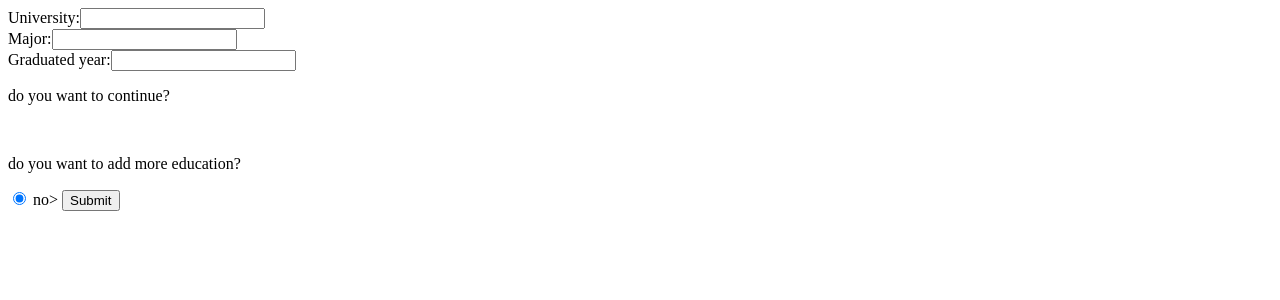
Repository: henokkeleta/SpringIt2
Page: http://localhost/WeekFour/Education_1.jsp
An editor plug-in stored every save of this project. The page is shown before and after the next save, followed by the edit.
The browser window is 1280 px wide. The pictures show the whole page.
The page is served by Tomcat 9. Other server files are loaded and not shown.

Above is the page before, as saved 2017-06-16 16:02:29.

### WeekFour/WebContent/Education_1.jsp
<%@ page language="java" contentType="text/html; charset=UTF-8"
    pageEncoding="UTF-8"%>
<!DOCTYPE html PUBLIC "-//W3C//DTD HTML 4.01 Transitional//EN" "http://www.w3.org/TR/html4/loose.dtd">
<html>
<head>
<meta http-equiv="Content-Type" content="text/html; charset=UTF-8">
<title>Insert title here</title>
</head>
<body>
<form action = "EducationServlet" method = "post">
University:<input type = "text" name = "University" ><br>
Major:<input type = "text" name = "Major" ><br>
Graduated year:<input type = "text" name = "GraduateYear" ><br>
<p>do you want to continue?</p><br>
 <!--radio-->
 <p> do you want to add more education?</p>

  <input type="radio" name="more" value="yes" value="no"checked> no>


<input type = "Submit" value = "Submit">
</form>

</body>
</html>

After the next save:
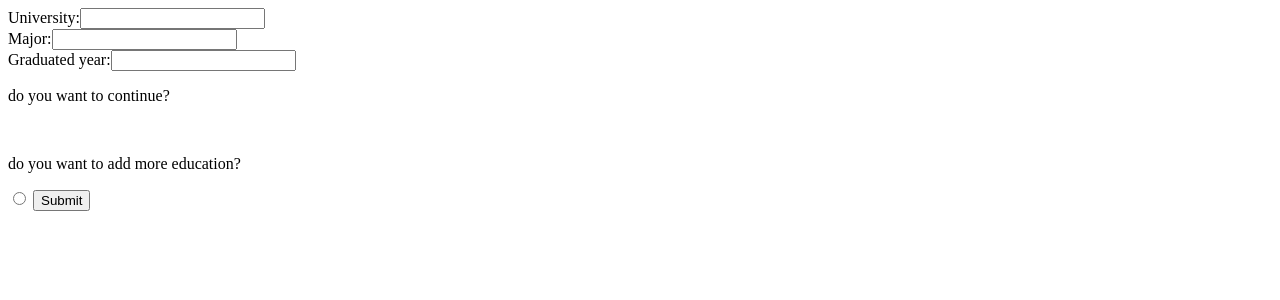
Saved 2 min 18 s later.
--- a/WeekFour/WebContent/Education_1.jsp
+++ b/WeekFour/WebContent/Education_1.jsp
@@ -15,7 +15,7 @@
  <!--radio-->
  <p> do you want to add more education?</p>
 
-  <input type="radio" name="more" value="yes" value="no"checked> no>
+  <input type="radio" name="more" value="yes" value="no">
 
 
 <input type = "Submit" value = "Submit">
